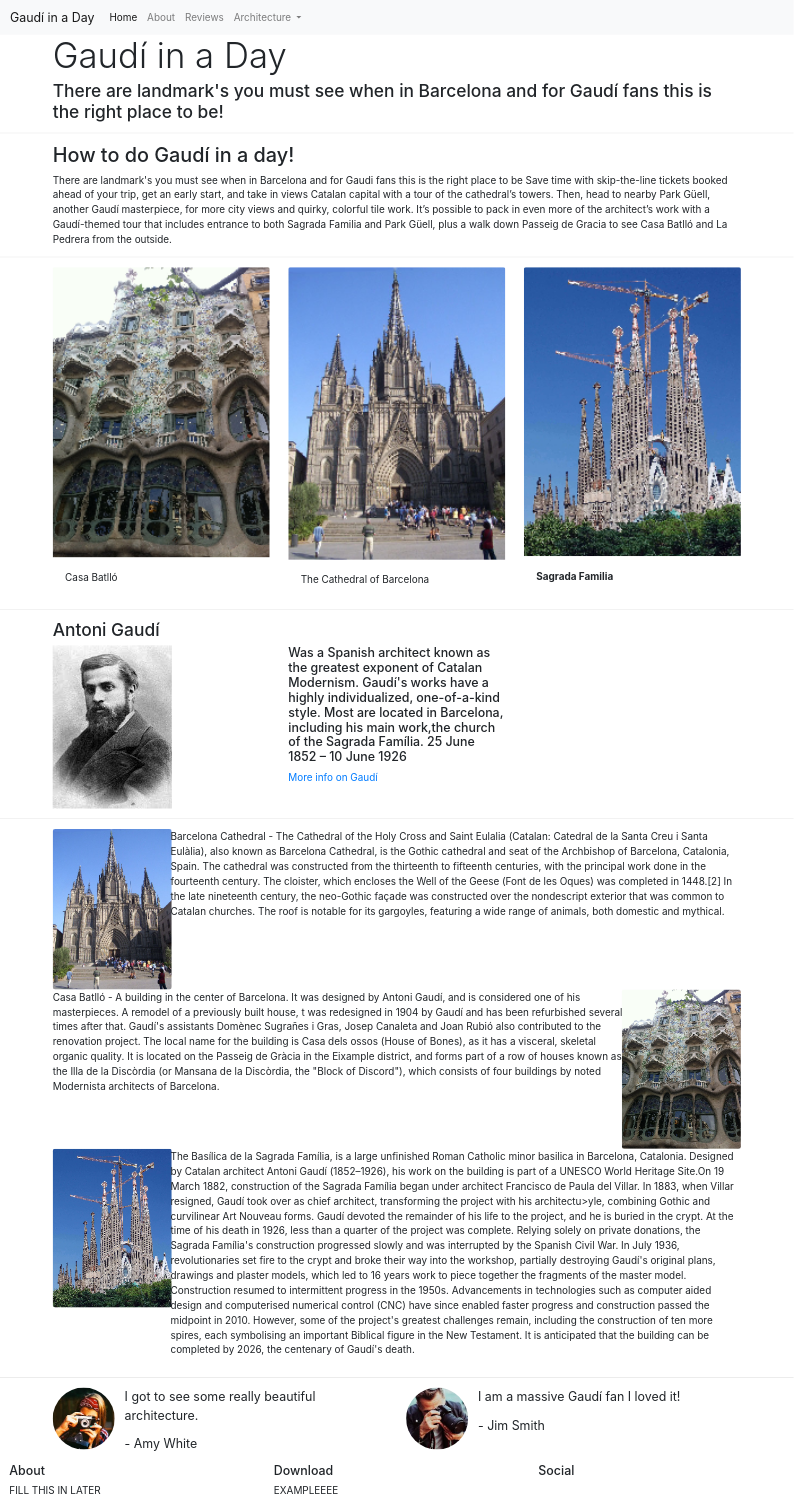
Repository: Taitdanielle/Milestone1
Page: index.html
The author's editor kept a record of every edit. The page is drawn from the files as they stood at one moment, then again after the next edit.
The browser window is 1280 px wide. The pictures show the whole page, at 62% of full size.

Above is the page before.

After the next edit:
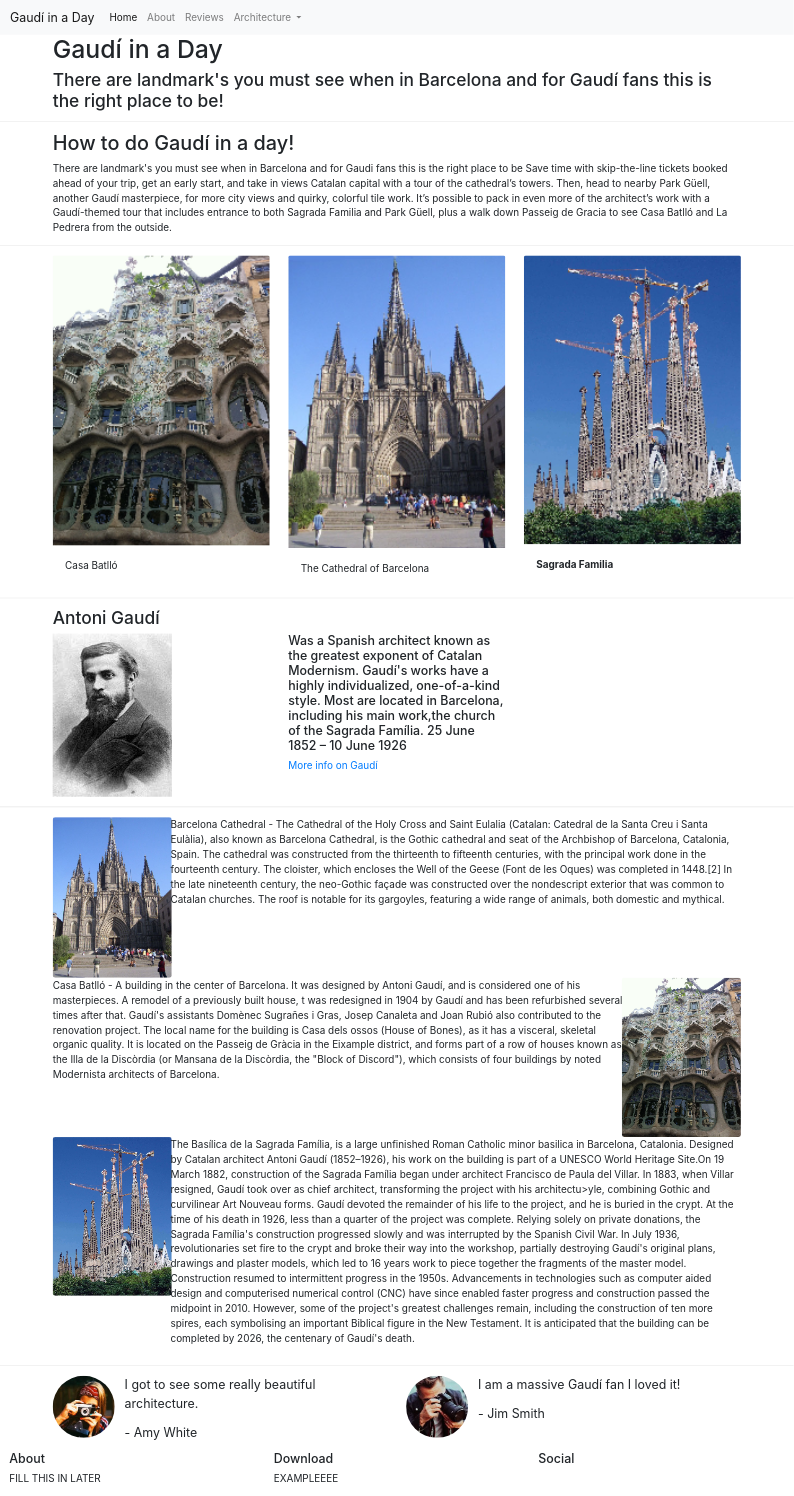
The edit:
--- a/index.html
+++ b/index.html
@@ -47,7 +47,7 @@
     <!-- nav -->
 
     <div class="container">
-        <h1 class="display-4">Gaudí in a Day</h1>
+        <h1>Gaudí in a Day</h1>
         <h3>There are landmark's you must see when in Barcelona and for Gaudí fans this is the right place to be!</h3>
     </div>
 
